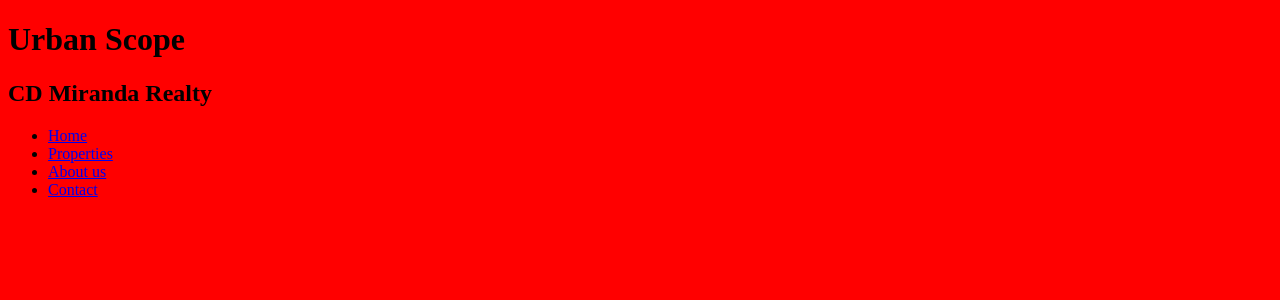
Repository: Gianeuz/CD-Miranda
Page: home/main.html
An editor plug-in stored every save of this project. The page is shown before and after a run of saves, followed by the edit.
The browser window is 1280 px wide. The pictures show the whole page.

Above is the page before, as saved 2026-09-20 03:19:38.

After the next 15 saves:
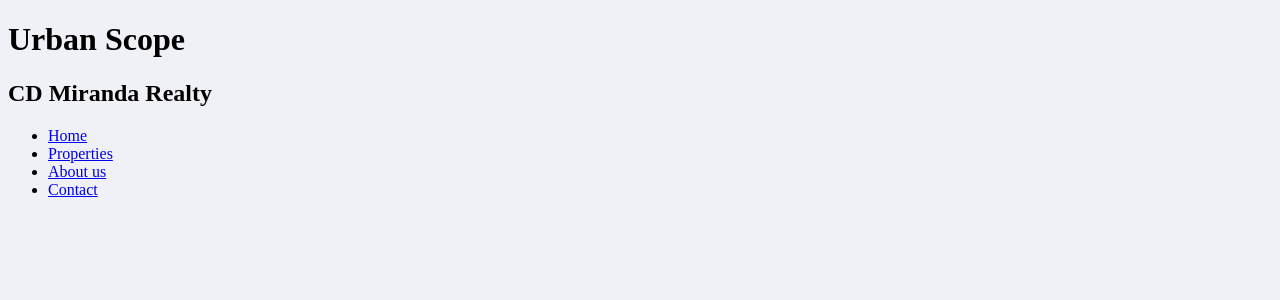
The 15 saves are shown as one change because they came seconds apart.
The last was saved 109 s later.
--- a/home/home.css
+++ b/home/home.css
@@ -1,8 +1,3 @@
-.home {
-    background-color: #ff0000;
-
+body {
+    background-color: #f0f0f7;
 }
-
-.About {
-    background-color: #00ff00;
-}
